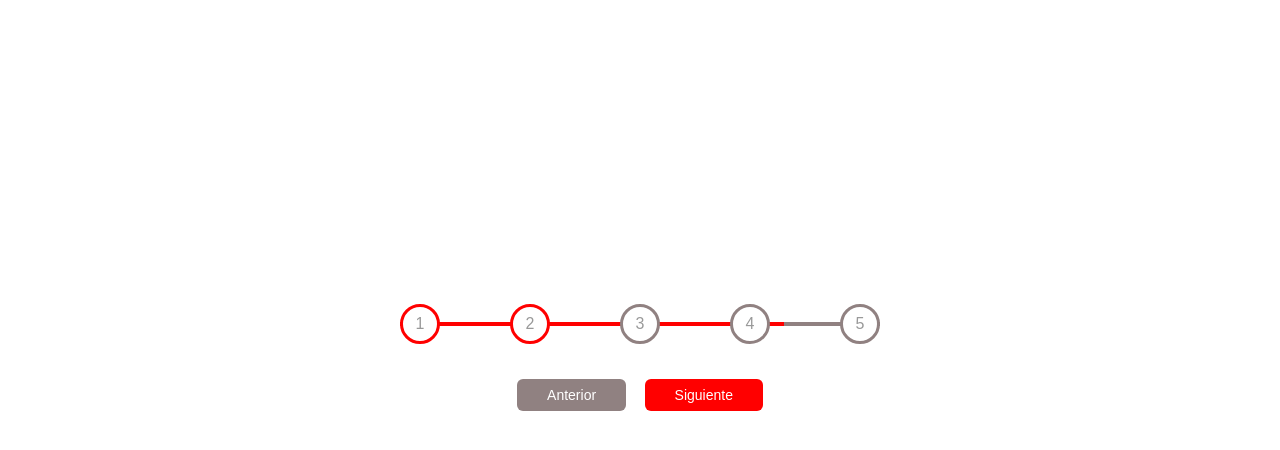
Repository: ElideZavala/Linea-de-tiempo
Page: index.html
These files come from the project's save history. The page is drawn as it stood at one moment and after the next save; the edit follows.
The browser window is 1280 px wide. The pictures show the whole page.
After loading, the first visible `#next` was clicked once.
Some web fonts or font styles are not loaded; a fallback is used.

Above is the page before, as saved 2021-05-28 09:06:35.

### index.html
<!DOCTYPE html>
<html lang="en">
<head>
	<meta charset="UTF-8">
	<meta http-equiv="X-UA-Compatible" content="IE=edge">
	<meta name="viewport" content="width=device-width, initial-scale=1.0">
	<link rel="stylesheet" href="style.css">
	<link rel="stylesheet" href="normalize.css">
	<title>Pasos de progreso </title>
</head>
<body>
	<div class="container">
		<div class="progress-container">
			<div class="progress" id="progress"></div>
			<div class="circle active">1</div>
			<div class="circle">2</div>
			<div class="circle">3</div>
			<div class="circle">4</div>
			<div class="circle">5</div>
		</div>

		<button class="btn" id="prev" disabled>Anterior</button>
		<button class="btn" id="next">Siguiente</button>
		<script src="script.js"></script>
	</div>
</body>
</html>

### style.css
/* @import url('https://fonts.googleapis.com/css2?family=Roboto:wght@400;700&display=swap'); */
@import url('https://fonts.googleapis.com/css?family=Muli&display=swap');


:root {
	--line-border-fill: red;
	--line-border-empty: rgb(144, 129, 129);
}

* {
	box-sizing: border-box;
}

body {
	font-family: 'Muli', sans-serif;
	display: flex;
	flex-direction: column;
	align-items: center;
	justify-content: center;
	height: 100vh;
	overflow: hidden;
	margin: 0;
}

.container {
	text-align: center;
}

.progress-container {
	display: flex;
	justify-content: space-between;
	position: relative;
	margin-bottom: 30px;
	max-width: 100%;
	width: 480px;
}

.progress-container::before {
	content: '';
	background-color: var( --line-border-empty);
	position: absolute;
	top: 50%;
	left: 0;
	transform: translateY(-50%);
	height: 4px;
	width: 100%;
	z-index: -1;
	transition: 0.4s ease;
}

.progress {
	background-color: var( --line-border-fill );
	position: absolute;
	top: 50%;
	left: 0;
	transform: translateY(-50%);
	height: 4px;
	width: 0%;
	z-index: -1;
	transition: 0.4s ease;
}

.circle {
	background-color: #fff;
	color: #999;
	border-radius: 50%;
	height: 40px;
	width: 40px;
	display: flex;
	align-items: center;
	justify-content: center;
	border: 3px solid var( --line-border-empty );
	transition: .4s ease;
}

.circle.active {
	border-color: red;
}

.btn {
	background-color: var(--line-border-fill);
	color: #fff;
	border: 0;
	border-radius: 6px;
	cursor: pointer;
	font-family: inherit;
	padding: 8px 30px;
	margin: 5px 7px;
	font-size: 14px;
}

.btn:active {
	transform: scale(0.98);
}

.btn:focus {
	outline: 0;
}

.btn:disabled {
	background-color: var( --line-border-empty );
	cursor: not-allowed;
}

### script.js
const progress = document.querySelector('#progress');
const prev = document.querySelector('#prev');
const next = document.querySelector('#next');
const circles = document.querySelectorAll('.circle');

let currentActive = 1

next.addEventListener('click', () => {
	currentActive++

	if (currentActive > circles.length) {
		currentActive = circles.length
	}

	update();
})

prev.addEventListener('click', () => {
	currentActive--

	if (currentActive < 1) {
		currentActive = 1;
	}

	update();
})

function update() {
	circles.forEach((circle, idx) => {
		if (idx < currentActive) {
			circle.classList.add('active');
		} else {
			circle.classList.remove('active');
		}
	})

	const actives = document.querySelectorAll('.active');

	progress.style.width = (actives.length - 1 / circles.length - 1) * 100 + '%';
}

Loaded but not shown: normalize.css (library)

After the next save:
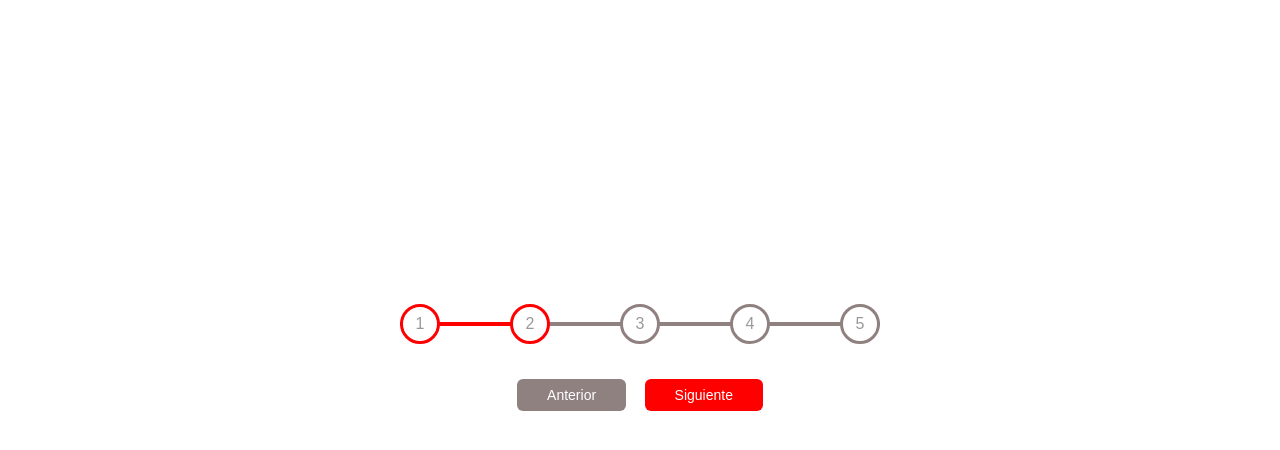
Saved 48 s later.
--- a/script.js
+++ b/script.js
@@ -36,5 +36,5 @@ function update() {
 
 	const actives = document.querySelectorAll('.active');
 
-	progress.style.width = (actives.length - 1 / circles.length - 1) * 100 + '%';
+	progress.style.width = (actives.length - 1) / (circles.length - 1) * 100 + '%';
 }
